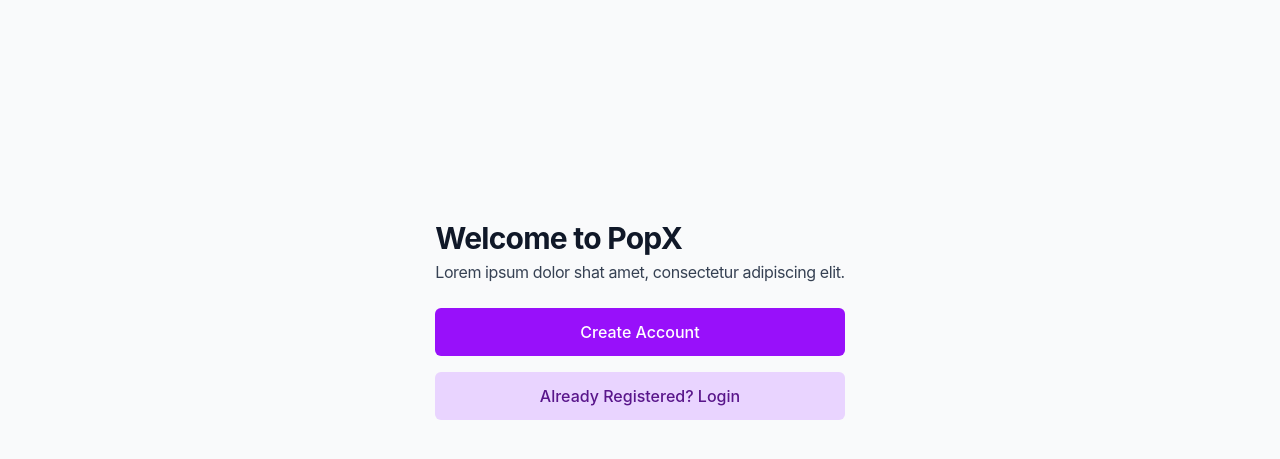
Repository: tanayburbure/inter
Page: /
These files come from the project's save history. The page is drawn as it stood at one moment and after the next save; the edit follows.
The browser window is 1280 px wide. The pictures show the whole page.
The project was rebuilt for these pictures with package versions that can differ from the ones it lists, and the page was loaded fresh each time. Also part of the build but not shown: vite.config.js, src/pages/Login.jsx, src/pages/Signup.jsx, src/pages/Account.jsx.

Above is the page before, as saved 2025-06-17 22:24:04.

After the next save:
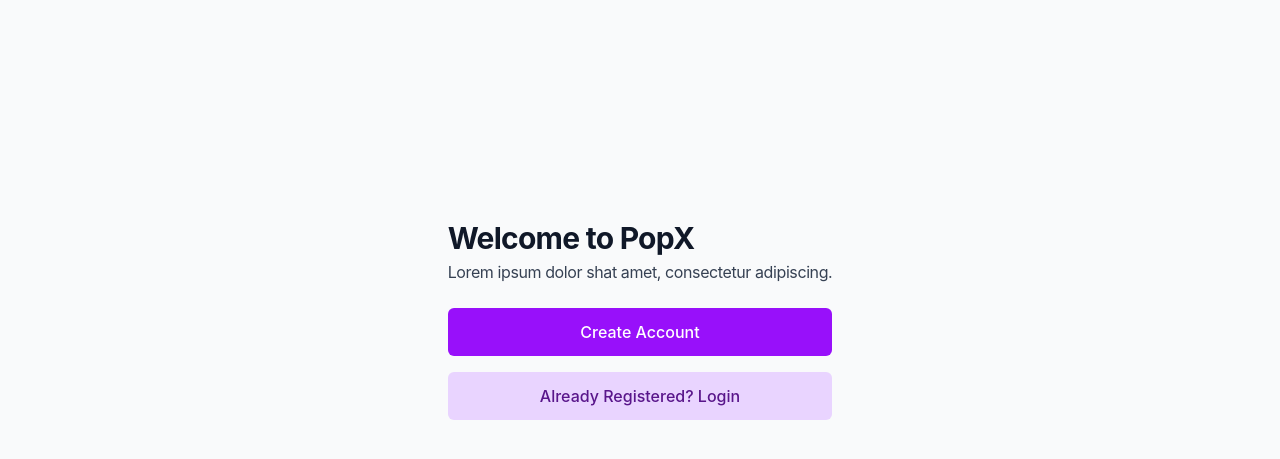
Saved 6 s later.
--- a/src/pages/Welcome.jsx
+++ b/src/pages/Welcome.jsx
@@ -8,7 +8,7 @@
       <div className="mb-20">
         <h1 className="text-3xl font-bold mb-1 tracking-tight">Welcome to PopX</h1>
         <p className="text-md text-gray-700 mb-6 tracking-tight">
-          Lorem ipsum dolor shat amet, consectetur adipiscing elit.
+          Lorem ipsum dolor shat amet, consectetur adipiscing.
         </p>
         <button
           onClick={() => navigate('/signup')}
